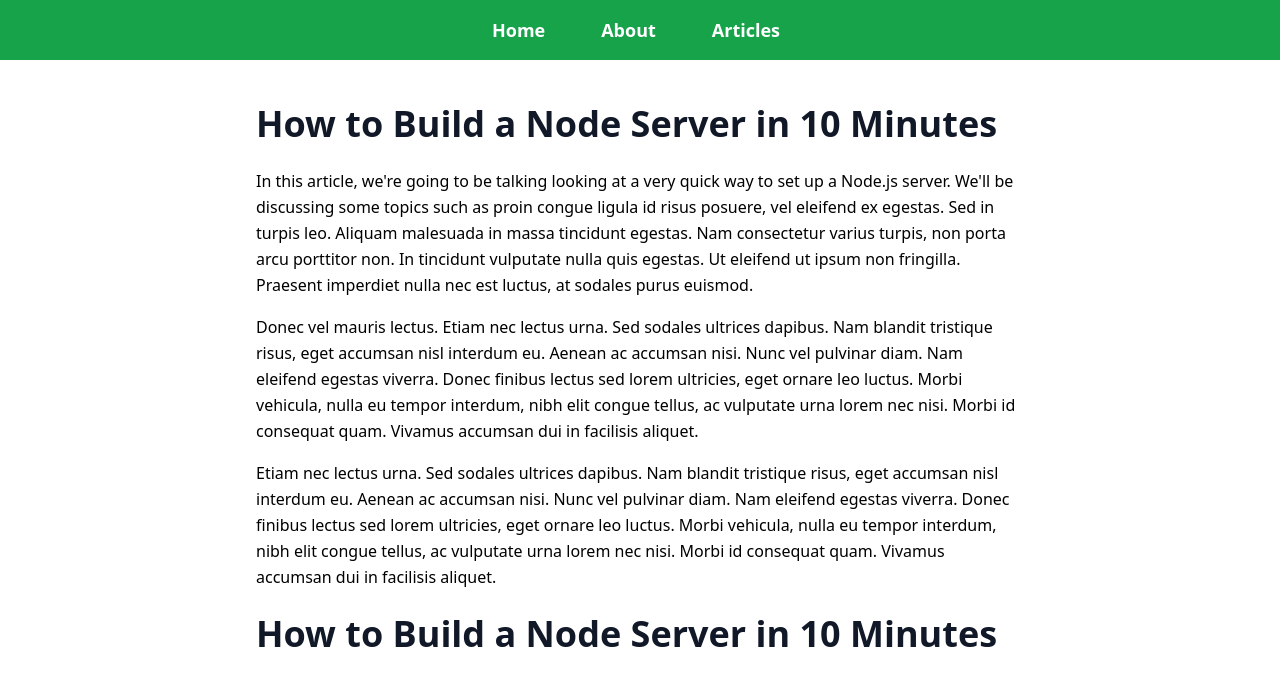
Repository: ymw0331/blog-mern-webapp
Page: /article/learn-node (app in client/)
These files come from the project's save history. The page is drawn as it stood at one moment and after a run of saves; the edit follows.
The browser window is 1280 px wide. The pictures show the whole page.
The project was rebuilt for these pictures with package versions that can differ from the ones it lists, and the page was loaded fresh each time. Also part of the build but not shown: client/src/pages/Home.js, client/src/pages/About.js, client/src/components/Articles.js, client/src/pages/ArticlesList.js.

Above is the page before, as saved 2022-12-10 21:46:04.

After the next 2 saves:
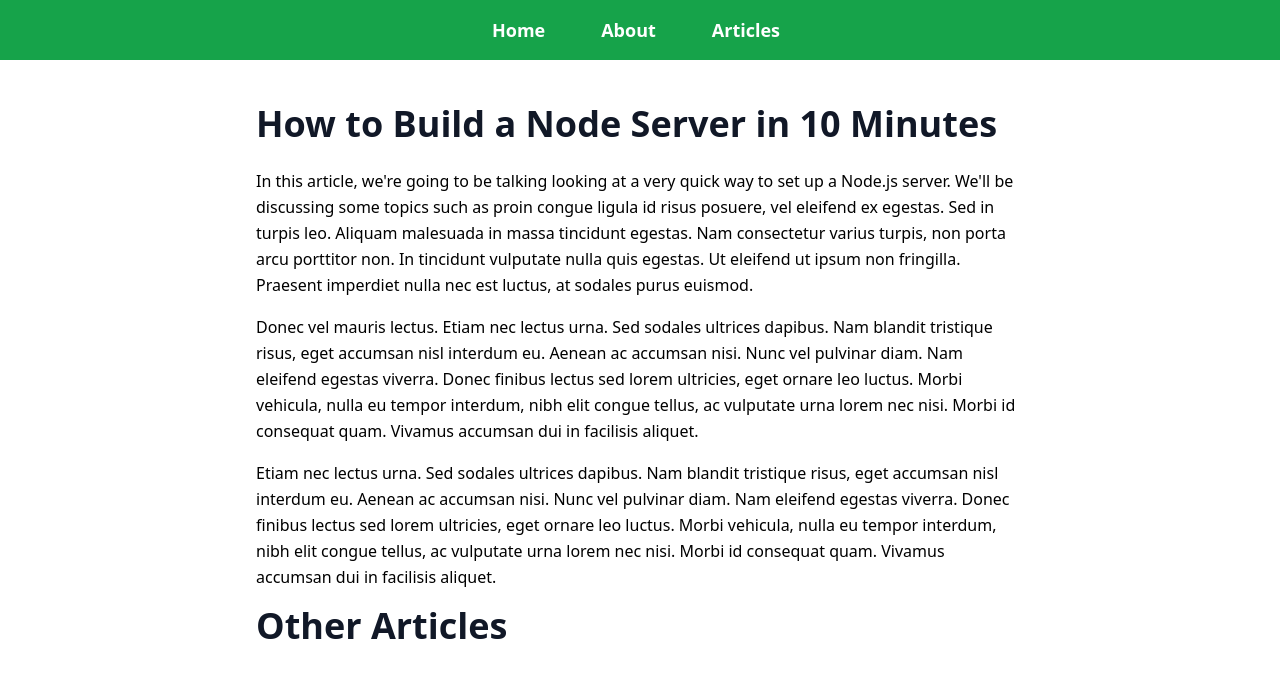
The 2 saves are shown as one change because they came seconds apart.
The last was saved 13 s later.
--- a/client/src/pages/Article.js
+++ b/client/src/pages/Article.js
@@ -19,8 +19,8 @@ const Article = () => {
         </p>
       ))}
 
-      <h1 className='sm:text-4xl text-2xl font-bold my-6 text-gray-900'>
-        {article.title}
+      <h1 className='sm:text-4xl text-2xl font-bold my-4 text-gray-900'>
+        Other Articles
       </h1>
 
 
